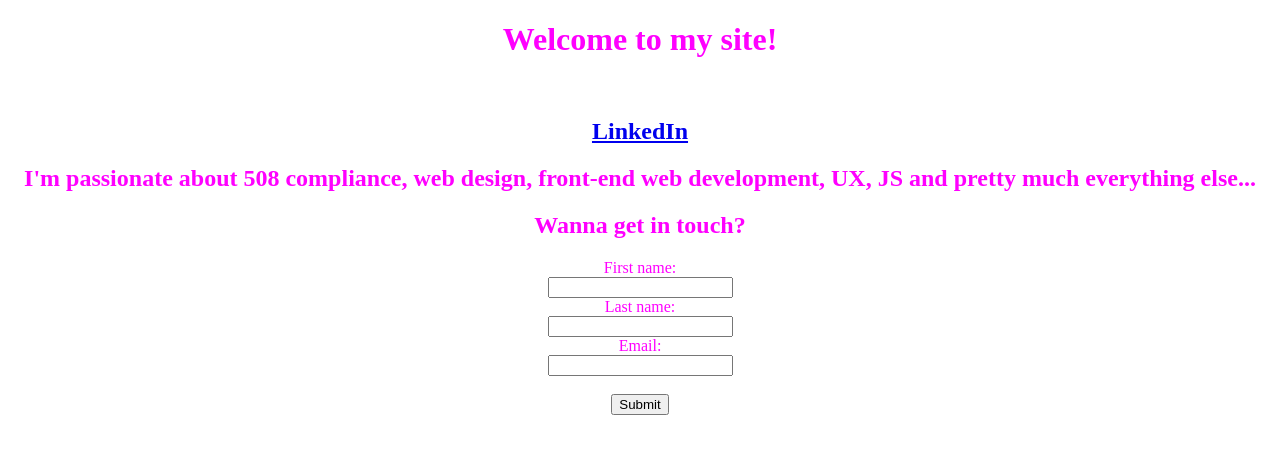
Repository: jasvr/jasvr.io
Page: index.html
These files come from the project's save history. The page is drawn as it stood at one moment and after the next save; the edit follows.
The browser window is 1280 px wide. The pictures show the whole page.

Above is the page before, as saved 2020-01-10 14:33:13.

After the next save:
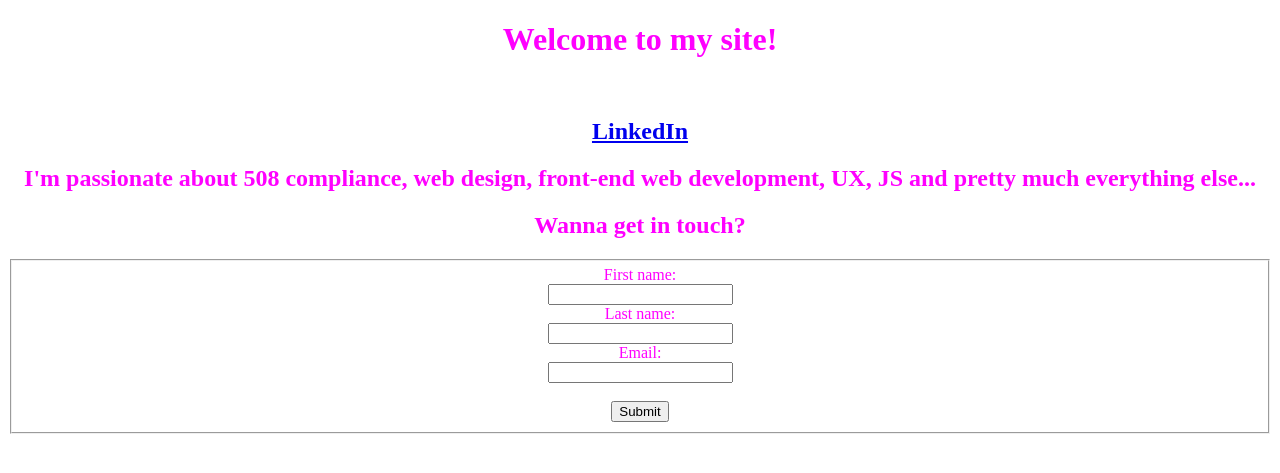
Saved 4 s later.
--- a/index.html
+++ b/index.html
@@ -14,7 +14,7 @@
     <h2>I'm passionate about 508 compliance, web design, front-end web development, UX, JS and pretty much everything else...</h2>
 
     <h2>Wanna get in touch?</h2>
-    <fiels>
+    <fieldset>
         First name:<br>
         <input type="text" name="firstname"><br>
         Last name:<br>
@@ -22,6 +22,6 @@
         Email:<br>
         <input type="text" name="email"><br><br>
         <input type="submit" value="Submit">
-    </fiels>
+    </fieldset>
 </body>
 </html>
